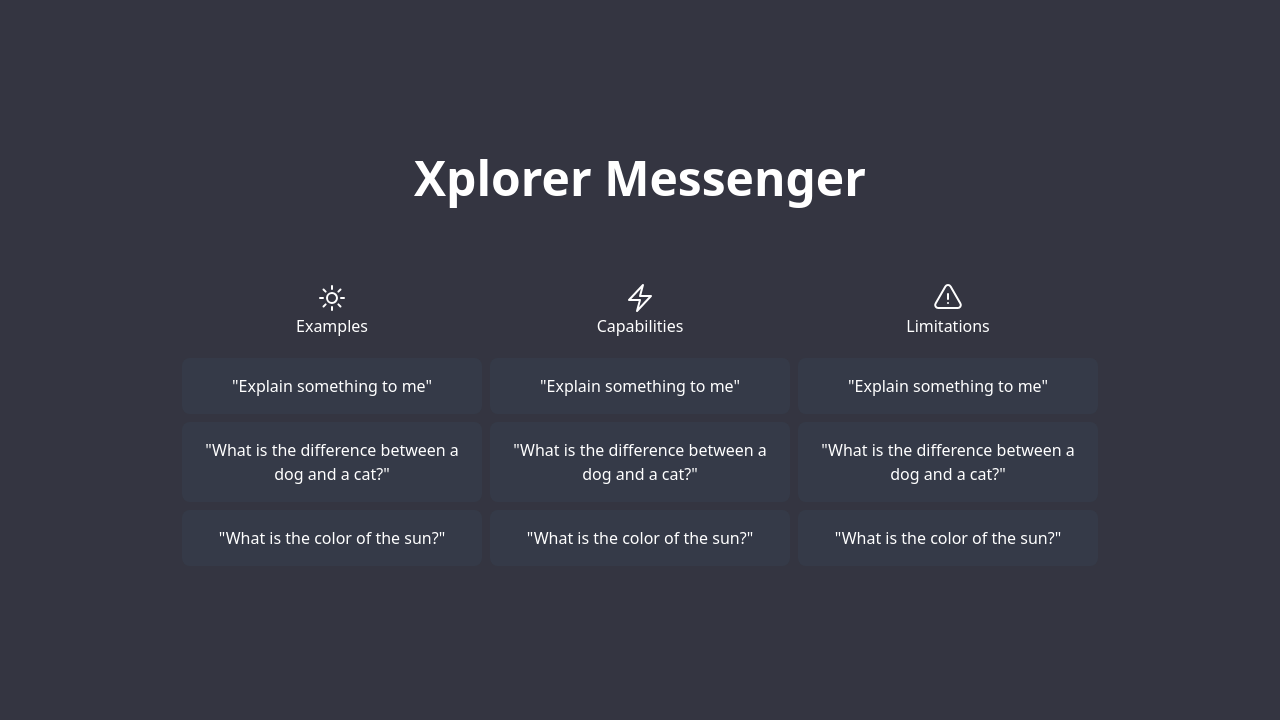
Repository: Curiosityxploring/xplorer-messanger
Page: /
These files come from the project's save history. The page is drawn as it stood at one moment and after a run of saves; the edit follows.
The browser window is 1280 px wide. The pictures show the whole page.
The project was rebuilt for these pictures with package versions that can differ from the ones it lists, and the page was loaded fresh each time. The framework's server and built-in components were replaced by stand-ins that run in the browser. Also part of the build but not shown: next.config.js.

Above is the page before, as saved 2023-02-07 20:44:31.

### app/layout.tsx
import "../styles/globals.css";

export default function RootLayout({
  children,
}: {
  children: React.ReactNode;
}) {
  return (
    <html>
      <head />
      <body>
        <div className="flex">
          {/* Sidebar */}
          {/* ClientProvider - Notification */}
          <div className="bg-[#343541] flex-1"> {children}</div>
        </div>
      </body>
    </html>
  );
}

### app/page.tsx
import React from "react";
import {
  BoltIcon,
  ExclamationTriangleIcon,
  SunIcon,
} from "@heroicons/react/24/outline";

function HomePage() {
  return (
    <div className="flex flex-col items-center justify-center px-2 h-screen text-white">
      <h1 className="text-5xl font-bold mb-20">Xplorer Messenger</h1>
      <div className="flex space-x-2 text-center">
        <div>
          <div className="flex flex-col items-center justify-center mb-5">
            {/* Sun Icon */}
            <SunIcon className="h-8 w-8" />
            <h2 className="">Examples</h2>
          </div>

          <div className="space-y-2">
            <p className="infoText">"Explain something to me"</p>
            <p className="infoText">
              "What is the difference between a dog and a cat?"
            </p>
            <p className="infoText">"What is the color of the sun?"</p>
          </div>
        </div>
        <div>
          <div className="flex flex-col items-center justify-center mb-5">
            {/* Sun Icon */}
            <BoltIcon className="h-8 w-8" />
            <h2 className="">Capabilities</h2>
          </div>

          <div className="space-y-2">
            <p className="infoText">"Explain something to me"</p>
            <p className="infoText">
              "What is the difference between a dog and a cat?"
            </p>
            <p className="infoText">"What is the color of the sun?"</p>
          </div>
        </div>
        <div>
          <div className="flex flex-col items-center justify-center mb-5">
            {/* Sun Icon */}
            <ExclamationTriangleIcon className="h-8 w-8" />
            <h2 className="">Limitations</h2>
          </div>

          <div className="space-y-2">
            <p className="infoText">"Explain something to me"</p>
            <p className="infoText">
              "What is the difference between a dog and a cat?"
            </p>
            <p className="infoText">"What is the color of the sun?"</p>
          </div>
        </div>
      </div>
    </div>
  );
}

export default HomePage;

### styles/globals.css
@tailwind base;
@tailwind components;
@tailwind utilities;

@layer components {
  .infoText {
    @apply p-4 bg-gray-700/50 rounded-lg max-w-[300px];
  }
}

Loaded but not shown: tailwind.config.js (common file); components/Sidebar.tsx (common file)

After the next 2 saves:
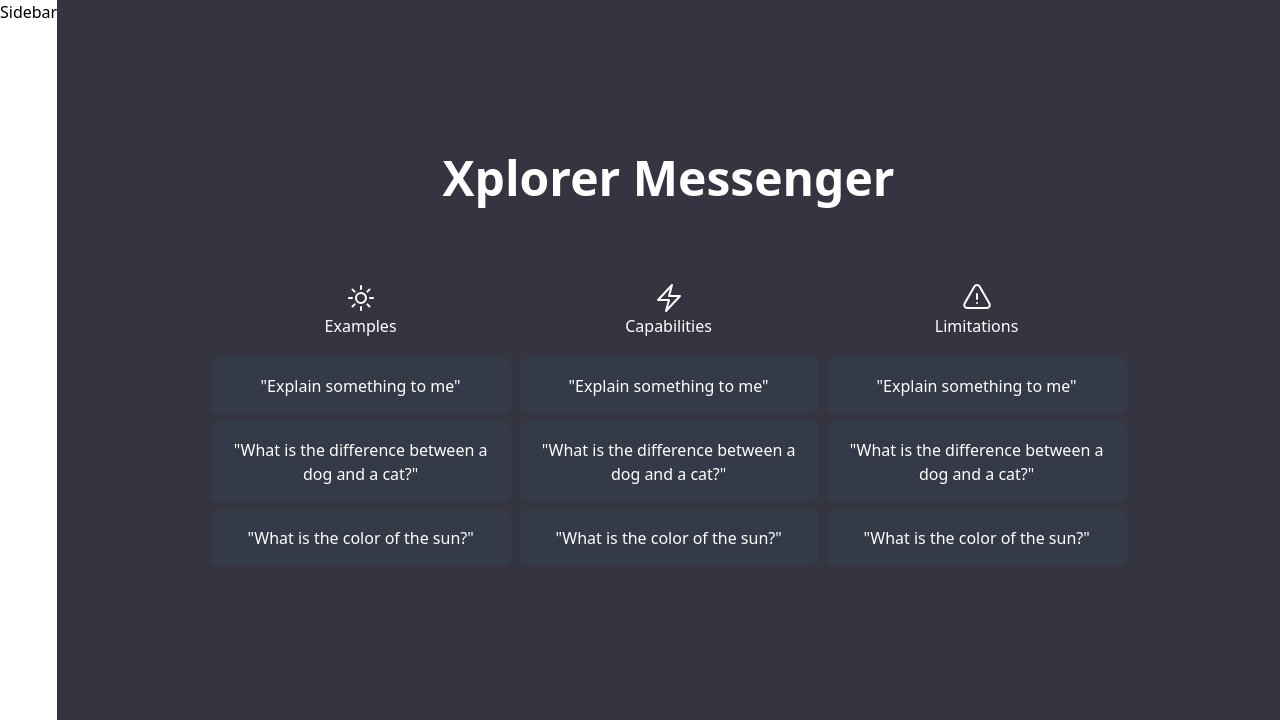
The 2 saves are shown as one change because they came seconds apart.
The last was saved 36 s later.
--- a/app/layout.tsx
+++ b/app/layout.tsx
@@ -1,3 +1,4 @@
+import Sidebar from "../components/Sidebar";
 import "../styles/globals.css";
 
 export default function RootLayout({
@@ -11,6 +12,7 @@
       <body>
         <div className="flex">
           {/* Sidebar */}
+          <Sidebar/>
           {/* ClientProvider - Notification */}
           <div className="bg-[#343541] flex-1"> {children}</div>
         </div>
